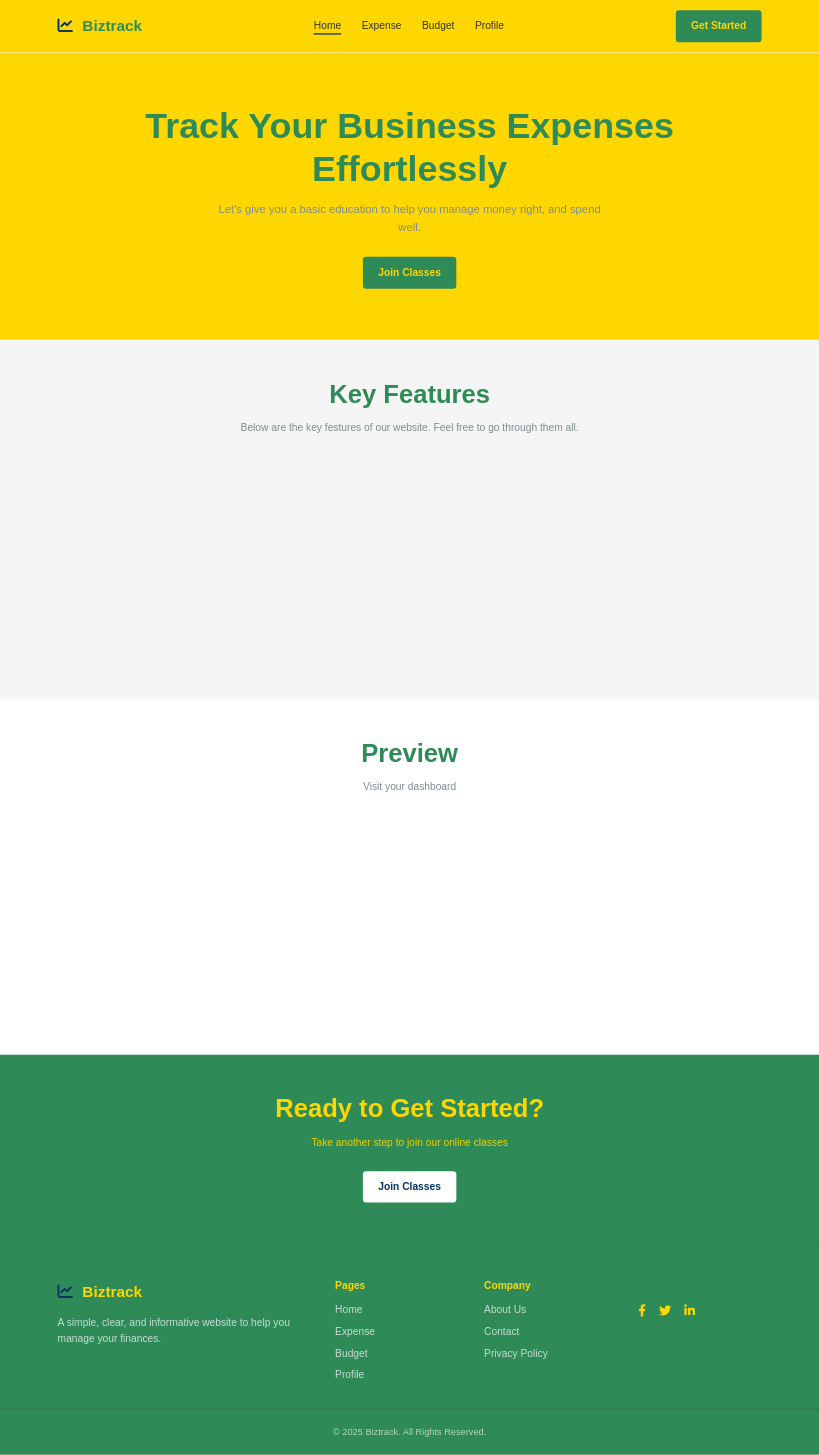
Repository: JoyUdoh106/wdd131
Page: project/index.html
These files come from the project's save history. The page is drawn as it stood at one moment and after a run of saves; the edit follows.
The browser window is 1280 px wide. The pictures show the whole page, at 64% of full size.

Above is the page before, as saved 2025-08-10 19:34:00.
Console error: TypeError: Cannot set properties of null (setting 'textContent')

After the next 3 saves:
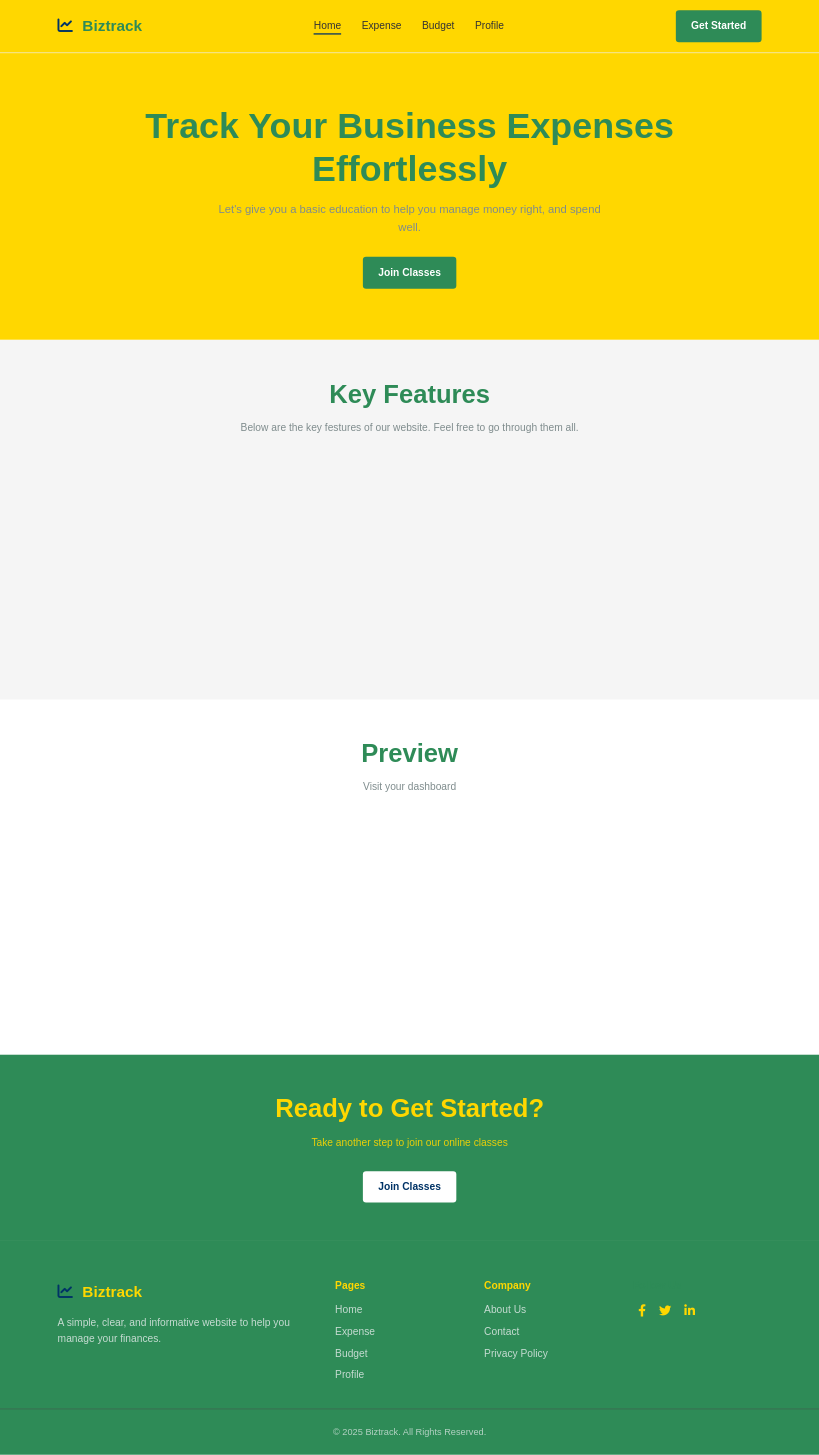
The 3 saves are shown as one change because they came seconds apart.
The last was saved 32 s later.
--- a/project/styles/project.css
+++ b/project/styles/project.css
@@ -61,7 +61,7 @@
 
 .btn-primary {
     background-color: var(--dark-color);
-    color: var(--light-color);
+    color: #ffffff;
 }
 
 .btn-primary:hover {
